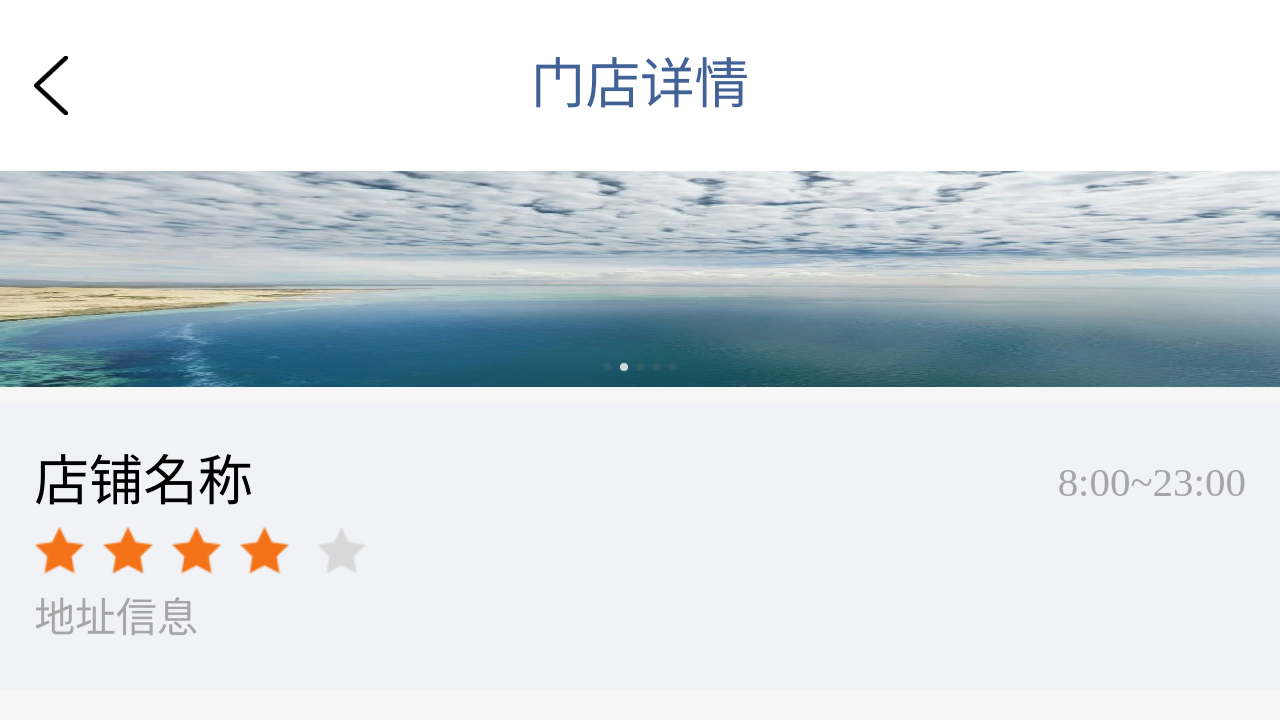
Repository: 421538074/sell
Page: consumer/shop-detail.html
These files come from the project's save history. The page is drawn as it stood at one moment and after the next save; the edit follows.
The browser window is 1280 px wide. The pictures show the whole page.

Above is the page before, as saved 2019-06-03 10:59:55.

### consumer/shop-detail.html
<!DOCTYPE html>
<html lang="en">

<head>
    <meta charset="UTF-8">
    <meta name="viewport" content="width=device-width, initial-scale=1.0">
    <meta http-equiv="X-UA-Compatible" content="ie=edge">
    <title>门店详情</title>
    <link rel="stylesheet" href="../css/swiper.min.css">
    <link rel="stylesheet" href="../css/base.css">
    <link rel="stylesheet" href="css/common.css">
    <link rel="stylesheet" href="css/shop-detail.css">
</head>

<body>
    <div id="app" class="content">
        <nav class="nav-bar-wrapper">
            <img @click="back" src="../img/back.png" class="back-icon">
            <p class="nav-bar-title">门店详情</p>
        </nav>
        <!-- swiper轮播图 -->
        <div class="swiper-container show-img-wrapper">
            <div class="swiper-wrapper">
                <div class="swiper-slide" v-for="item in 5">
                    <img src="../img/1.jpg" class="slide-img" alt="">
                </div>
            </div>
            <div class="swiper-pagination"></div>
        </div>
        <!-- 详细信息 -->
        <div class="shop-detail-info">
            <p class="shop-name-time">
                <span class="shop-title">店铺名称</span>
                <span class="time">8:00~23:00</span>
            </p>
            <p class="shop-score">
                <img v-for="n in 4" src="../img/Star1.png" class="score-icon">
                <img src="../img/Star.png" class="score-icon">
            </p>
            <p class="shop-address">
                <span class="address ellipsis">地址信息</span>
            </p>
        </div>
    </div>
    <script src="../js/api.js"></script>
    <script src="../js/jquery.min.js"></script>
    <script src="../js/swiper.min.js"></script>
    <script src="../js/vue.js"></script>
    <script src="js/vue-mixin.js"></script>
    <script src="js/shop-detail.js"></script>
</body>

</html>

### css/base.css
/* http://meyerweb.com/eric/tools/css/reset/
   v2.0 | 20110126
   License: none (public domain)
*/

html,
body,
div,
span,
applet,
object,
iframe,
h1,
h2,
h3,
h4,
h5,
h6,
p,
blockquote,
pre,
a,
abbr,
acronym,
address,
big,
cite,
code,
del,
dfn,
em,
img,
ins,
kbd,
q,
s,
samp,
small,
strike,
strong,
sub,
sup,
tt,
var,
b,
u,
i,
center,
dl,
dt,
dd,
ol,
ul,
li,
fieldset,
form,
label,
legend,
table,
caption,
tbody,
tfoot,
thead,
tr,
th,
td,
article,
aside,
canvas,
details,
embed,
figure,
figcaption,
footer,
header,
hgroup,
menu,
nav,
output,
ruby,
section,
summary,
time,
mark,
audio,
video {
    margin: 0;
    padding: 0;
    border: 0;
    font-size: 100%;
    font: inherit;
    vertical-align: baseline;
}

/* HTML5 display-role reset for older browsers */
article,
aside,
details,
figcaption,
figure,
footer,
header,
hgroup,
menu,
nav,
section {
    display: block;
}

body {
    line-height: 1;
}

ol,
ul {
    list-style: none;
}

blockquote,
q {
    quotes: none;
}

blockquote:before,
blockquote:after,
q:before,
q:after {
    content: '';
    content: none;
}

table {
    border-collapse: collapse;
    border-spacing: 0;
}


body,
html {
    font-size: calc(100vw / 37.5) !important;
    font-family: PingFangSC-Medium;
    background: #F2F2F2;
}


[v-cloak] {
    display: none;
}


hr {
    margin: 0;
    padding: 0;
}

.clearfix {
    zoom: 1;
}

.clearfix:after {
    content: ".";
    display: block;
    visibility: hidden;
    height: 0;
    clear: both;
}

[v-cloak] {
    display: none;
}

### consumer/css/common.css
*{
    box-sizing: border-box;
}
html,body{
    background: #f6f6f6;
}
html,body,div.content{
    height: 100%;
}
/*底部菜单栏*/
nav.tool-bar-wrapper {
    height: 5rem;
    background: #ffffff;
    display: flex;
    align-items: center;
    justify-content: space-around;
}
a.nav-item {
    color: #888888;
    text-decoration: none;
    font-size: 1.5rem;
    display: flex;
    flex-direction: column;
    align-items: center;
    justify-content: space-around;
    height: 90%;
}
a.nav-item.active{
    color: #0093FF;
}
img.nav-item-icon{
    width: 1.5rem;
    height: 1.5rem;
}
.ellipsis{
    overflow: hidden;
    white-space: nowrap;
    text-overflow: ellipsis;
}
/*顶部返回栏 */
nav.nav-bar-wrapper {
    background: #FFFFFF;
    height: 5rem;
    display: flex;
    align-items: center;
    justify-content: space-around;
    position: fixed;
    width: 100%;
    top: 0;
    z-index: 2;
    font-size: 1.6rem;
    color: #426196;
}
img.back-icon {
    position: absolute;
    width: 1rem;
    left: 1rem;
}

### consumer/css/shop-detail.css
div.content {
    padding-top: 5rem;
}

.show-img-wrapper {
    height: 30vh;
    max-height: 30vh;
}

img.slide-img {
    width: 100%;
    height: 100%;
}

.swiper-pagination-bullet {
    background: #7C7C7C;
}
.swiper-pagination-bullet-active {
    background: #D8D8D8;
}
img.score-icon {
    width: 1.5rem;
    margin-right: 0.5rem;
}
span.address {
    color: #A6A6A6;
    font-size: 1.2rem;
}
.shop-detail-info {
    background: #F0F2F5;
    margin-top: 0.5rem;
    padding: 1rem;
}
span.shop-title {
    color: #000000;
    font-size: 1.6rem;
}
span.time {
    color: #A6A6A6;
    font-size: 1.2rem;
}
p.shop-name-time {
    display: flex;
    align-items: center;
    justify-content: space-between;
    padding: 0.5rem 0;
}
p.shop-address {
    padding: 0.5rem 0;
}

### js/api.js
function getUrlKey(name) {
    return decodeURIComponent((new RegExp('[?|&]' + name + '=' + '([^&;]+?)(&|#|;|$)').exec(location.href) || [, ""])[1].replace(/\+/g, '%20')) || null;
}


// window.warn = {
//     alert: function alert(msg) {
//         var template = `
// `
//         $('body').append(template);
//         $('.alert-body').animate({
//             top: "40px"
//         }, 200);
//         // setTimeout(function () {
//         //     warn.close();
//         // }, 1500);
//     },
//     close: function close() {
//         $('.alert-body').animate({
//             top: "-280px"
//         }, 200);
//         setTimeout(function () {
//             $('#alert-msg').remove();
//         }, 200);
//     }
// };

### consumer/js/vue-mixin.js
Vue.mixin({
    methods: {
        /**
         * 返回
         */
        back() {
            history.go(-1);
        },
        /**
         * 限制长度
         * @param {String} 要限制长度的字段
         * @param {Number} 长度
         */
        limitLength(key, length) {
            this[key] = this[key].substring(0, length);
        },
        /**
         * 验证11位手机号
         * @param {Number} phone
         */
        validatePhone(phone) {
            const phoneReg = /^[1-9][0-9]{9}[0-9]$/;
            return phoneReg.test(phone);
        },
        /**
         * 发送手机验证码
         * @param {Number} waitTimeKey 等待时间键名
         * @param {String} tipsKey 发送验证码显示的信息的键名
         * @param {String} phoneKey 手机号键名
         * @param {String} reSendMsg  按钮默认显示的文字
         */
        sendCode(waitTimeKey, tipsKey, phoneKey, defaultMsg) {
            if (!this.validatePhone(this[phoneKey])) {
                alert('无效手机号!');
                return;
            }
            if (this[waitTimeKey] == 60) {
                $.post('', {
                        phone: this[phoneKey]
                    }, (res) => {
                        if (res.status == 1) {
                            const interval = setInterval(() => {
                                if (this[waitTimeKey] == 1) {
                                    this[waitTimeKey] = 60;
                                    this[tipsKey] = defaultMsg;
                                    clearInterval(interval);
                                    return;
                                }
                                this[waitTimeKey] -= 1;
                                this[tipsKey] = `${this[waitTimeKey]}s`;
                            }, 1000);
                        } else {
                            alert('发送失败!');
                        }
                    }, 'json')
                    .fail(err => {
                        alert('服务器异常!');
                    });
            }
        },
        /**
         * 链接跳转
         * @param {String} url
         */
        linkTo(url) {
            window.location.href = url;
        }
    },
    filters: {

    }
})

### consumer/js/shop-detail.js
new Vue({
    el:'#app',
    data() {
        return {

        }
    },
    methods: {
        // 初始化轮播组件
        initSwiper(el) {
            new Swiper(el, {
                slidesPerView: 1,
                spaceBetween: 30,
                loop: true,
                autoplay: {
                    delay: 2500,
                    disableOnInteraction: false,
                },
                observer: true, //修改swiper自己或子元素时，自动初始化swiper
                observeParents: true, //修改swiper的父元素时，自动初始化swiper
                pagination: {
                    el: '.swiper-pagination',
                }
            });
        }
    },
    mounted() {
        this.$nextTick(() => {
            this.initSwiper('.show-img-wrapper');
        })
    },
});

Loaded but not shown: css/swiper.min.css (library); js/jquery.min.js (library); js/swiper.min.js (library); js/vue.js (library)

After the next save:
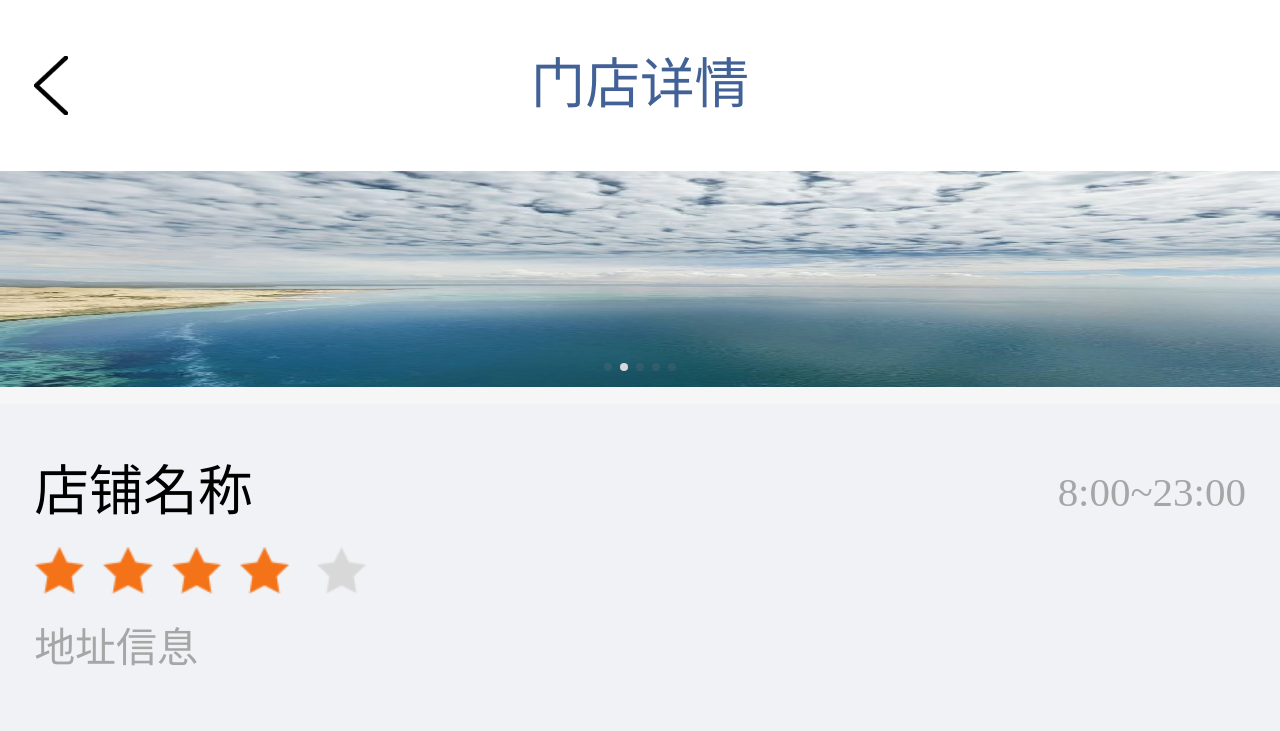
Saved 14 s later.
--- a/consumer/css/shop-detail.css
+++ b/consumer/css/shop-detail.css
@@ -43,8 +43,8 @@ p.shop-name-time {
     display: flex;
     align-items: center;
     justify-content: space-between;
-    padding: 0.5rem 0;
+    padding: 0.8rem 0;
 }
 p.shop-address {
-    padding: 0.5rem 0;
+    padding: 0.8rem 0;
 }
